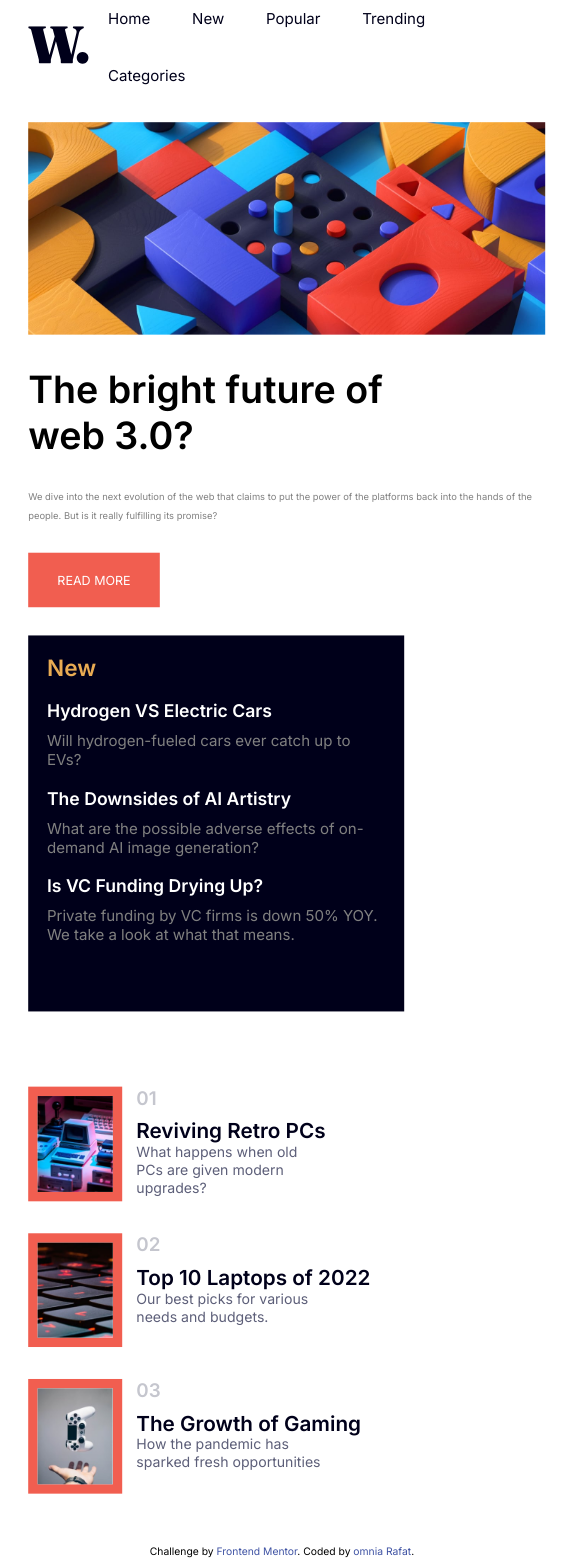
Repository: OmniaRafat232111121/HomePage
Page: index.html
These files come from the project's save history. The page is drawn as it stood at one moment and after a run of saves; the edit follows.
The browser window is 600 px wide. The pictures show the whole page, at 94% of full size.

Above is the page before, as saved 2022-12-17 22:47:29.

### index.html
<!DOCTYPE html>
<html lang="en">
<head>
  <meta charset="UTF-8">
  <meta name="viewport" content="width=device-width, initial-scale=1.0"> <!-- displays site properly based on user's device -->

  <link rel="icon" type="image/png" sizes="32x32" href="./assets/images/favicon-32x32.png">

  <title>Frontend Mentor | News homepage</title>
   <style>
    .attribution { font-size: 11px; text-align: center; margin-top: 20px; }
    .attribution a { color: hsl(228, 45%, 44%); }
  </style>
 <link rel="stylesheet" href="style.css">
</head>
<body>
  <!--header start-->
  <header class="header">
    <div class="logo">
      <a href="index.html">
        <img src="./assets/images/logo.svg" alt="image"/>
      </a>
    </div>
    <nav>
      <ul>
        <li href="index.html"><a>Home</a></li>
        <li href="#new"><a>New</a></li>
        <li href="#popular"><a>Popular</a></li>
         <li href="#trending"><a>Trending</a></li>
         <li href="#categories"><a>Categories</a></li>

      </ul>
    </nav>

  </header>
    <!--header ends-->
    <!--home start-->
    <section class="home">
      <div class="container">
        <div class="col-play">
            <img src="./assets/images/image-web-3-desktop.jpg" alt="image"/>
            <div class="content">
              <div class="heading">
                <h1>The bright future of web 3.0?</h1>

              </div>
              <div class="reading">
               <p> We dive into the next evolution of the web that claims to put the power of the platforms back into the hands of the people.
                   But is it really fulfilling its promise?</p>
                 <button>Read More</button>
                  </div>

            </div>
        </div>
        <div class="col-content">
         <div class="new">
         <h2>New</h2>
      <h3><a href="#">Hydrogen VS Electric Cars</a></h3>
      <p>Will hydrogen-fueled cars ever catch up to EVs?</p>
      <h3><a href="#">The Downsides of AI Artistry</a></h3>
      <p>What are the possible adverse effects of on-demand AI image generation?</p>
      <h3><a href="#">Is VC Funding Drying Up?</a></h3>
      <p>Private funding by VC firms is down 50% YOY. We take a look at what that means.</p>

         </div>
        </div>




        <div class="products" id="products">
          <div class="product">
            <div class="image">
            <img src="./assets/images/image-retro-pcs.jpg" alt=""/>
            </div>
            <div class="con">
              <span>01</span>
                <h2><a href="#">Reviving Retro PCs</a></h2>
          <p>What happens when old PCs are given modern upgrades?</p>
            </div>

          </div>
          <div class="product">
        <div class="image">
            <img src="./assets/images/image-top-laptops.jpg" alt="j"/>
            </div>
            <div class="con">
              <span>02</span>
              <h2><a href="#">Top 10 Laptops of 2022</a></h2>
          <p>Our best picks for various needs and budgets.</p>
            </div>

        </div>
        <div class="product">
        <div class="image">
            <img src="./assets/images/image-gaming-growth.jpg" alt="j"/>
            </div>
            <div class="con">
              <span>03</span>
               <h2><a href="#">The Growth of Gaming</a></h2>
          <p>How the pandemic has sparked fresh opportunities</p>
            </div>

        </div>
      </div>




    </section>
    <!--home end-->
  <div class="attribution">
    Challenge by <a href="https://www.frontendmentor.io?ref=challenge" target="_blank">Frontend Mentor</a>.
    Coded by <a href="#">omnia Rafat</a>.
  </div>
</body>
</html>

### style.css
@import url('https://fonts.googleapis.com/css2?family=Be+Vietnam+Pro:wght@100&family=Inter:wght@100;300;400;500;600&family=Montserrat:wght@400;700&family=Nunito:ital,wght@0,200;0,300;1,200&family=Open+Sans:ital,wght@0,300;0,600;0,700;1,300&family=Poppins:ital,wght@0,200;0,300;0,600;0,800;0,900;1,100;1,200;1,300;1,500&family=Work+Sans:ital,wght@0,100;0,200;0,400;0,500;1,200;1,300&display=swap');
*{
    margin:0;
    padding:0;
    box-sizing: border-box;
    font-family: Inter;
}
ul {
    list-style: none;
}
a{
    text-decoration: none;
    color: hsl(240, 100%, 5%);
}
a:hover{
     color: hsl(5, 85%, 63%);
}
.header{
    width: 100%;
    height:100px;
    display:flex;
    align-items: center;
    justify-content: space-between;
    padding:30px;
}
.header nav ul li{
    display: inline-block;
    padding:20px;
}
/*home*/
.home{
    padding:30px;
}
.container{
    display: grid;
  grid-template-columns: repeat(auto-fit, minmax(550px,1fr));
   grid-gap:30px;

}
.col-play{
    flex-basis: 80%;
}
.col-play img{
    max-width: 100%;
    width:100%;
}
.content{
      display: grid;
  grid-template-columns: repeat(auto-fit, minmax(250px,1fr));
   grid-gap:30px;
   margin-top: 30px;
}

.heading h1{
    width:80%;
    font-size: 40px;
    font-weight: bold;
}
.reading{
    flex-basis: 50%;
}
.reading button{
    color:white;
    margin-top: 30px;
    background-color:hsl(5, 85%, 63%);
    border:1px solid transparent;
    padding:20px 30px ;
    text-transform: uppercase;
    display:block;
}
.reading button:hover{
color:hsl(5, 85%, 63%);
background-color: #000;
}
.reading p{
    color:hsl(0, 0%, 50%);
    line-height:2;
    font-size: 15px;
}
.col-content{
    flex-basis: 20%;
}
.new{
    width:400px;
    height:400px;
    background-color: hsl(240, 100%, 5%);
    color:#fff;
    padding:20px;
}

.new h2{
    color:hsl(35, 77%, 62%);
}
.new h3 a{
    color:#fff;
    padding-top: 20px;

}
.new h3{
    margin-top: 20px;
}
.new p{
    color:hsl(0, 0%, 50%);
    margin-top: 10px;
}

.products{
 display: grid;
grid-template-columns: repeat(3, 350px);
margin-top: 50px;
gap: 20px;
}
.product{
    display: grid;
    gap: 15px;
    grid-template-columns: 100px 200px;;
}
.product .image img{
    max-width: 100%;
    width:100% ;
    border:10px solid hsl(5, 85%, 63%);
    overflow: hidden;


}
.product .image img:hover{
    transform: scale(0.9);


}
.product .con span{
   color:hsl(233, 8%, 79%);
   font-weight: 800;
   font-size: 20px;
}
.product h2{
    font-size: 22px;
    font-weight: bold;
    width:300px;
    margin:auto;
    margin-top: 10px;
}
.product p{
    font-size: 15px;
    color: hsl(236, 13%, 42%);

}
@media (max-width:767px) {


.products{
 display: grid;
grid-template-columns: repeat(1, 500px);
margin-top: 50px;
gap: 30px;
}
.content{
      display: grid;
  grid-template-columns: repeat(auto-fit, minmax(300px,1fr));
   grid-gap:30px;
   margin-top: 30px;
}
.content p{
    font-size: 10px;
}

}

After the next 2 saves:
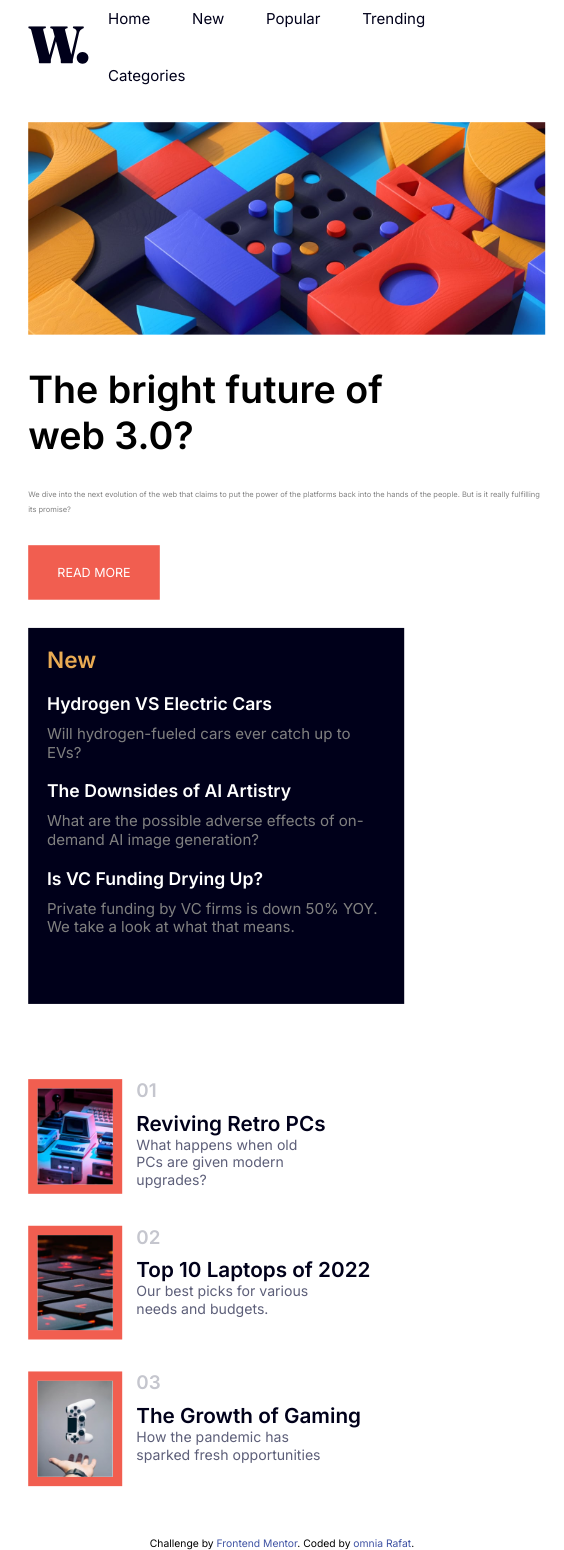
The 2 saves are shown as one change because they came seconds apart.
The last was saved 16 s later.
--- a/style.css
+++ b/style.css
@@ -161,7 +161,7 @@ gap: 30px;
    margin-top: 30px;
 }
 .content p{
-    font-size: 10px;
+    font-size: 8px;
 }
 
 }
